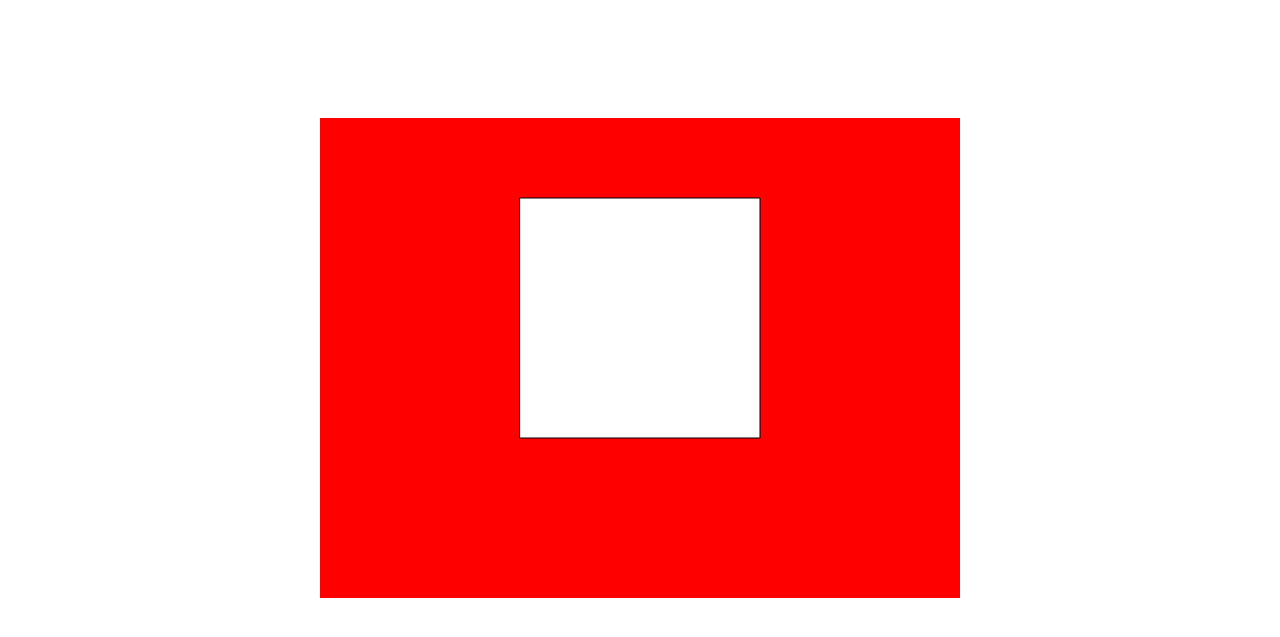
Repository: SeanHub-13/cart253
Page: topics/function-calls/index.html
The author's editor kept a copy of each file at every save. The page is drawn from the files as they stood at one save, then again after the next save.
The browser window is 1280 px wide. The pictures show the whole page.

Above is the page before, as saved 2024-09-12 11:26:12.

After the next save:
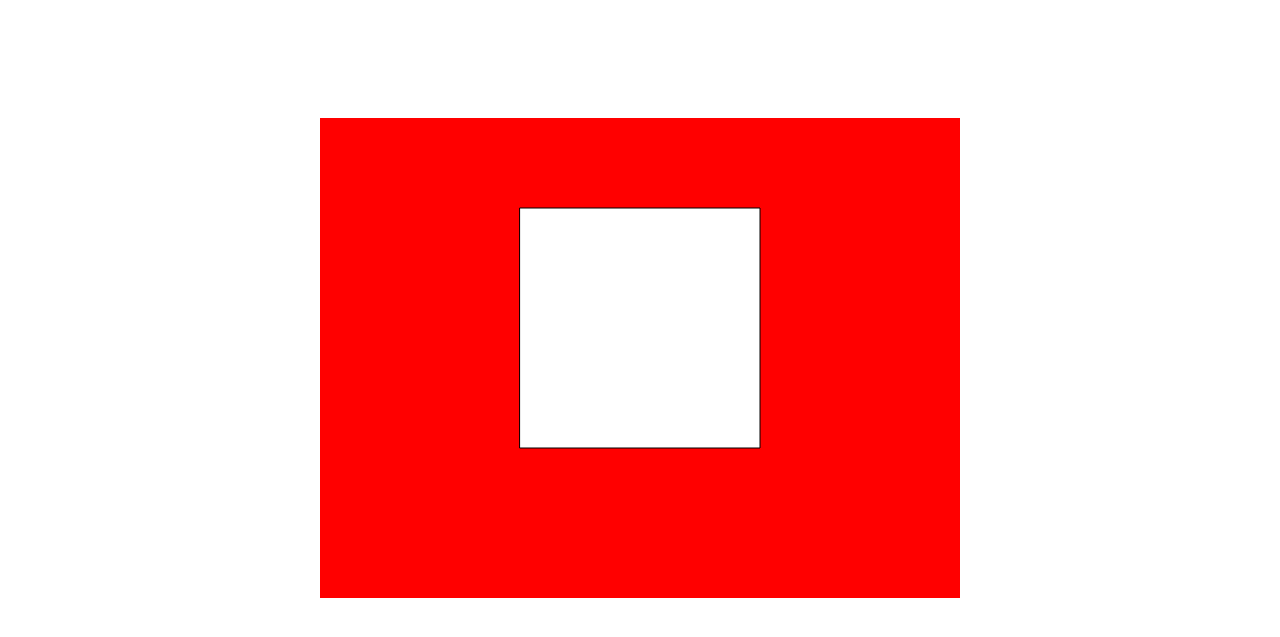
Saved 16 s later.
--- a/topics/function-calls/js/script.js
+++ b/topics/function-calls/js/script.js
@@ -21,5 +21,5 @@
 */
 function draw() {
     background(255, 0, 0);
-    rect(200, 80, 240, 240);
+    rect(200, 90, 240, 240);
 }
